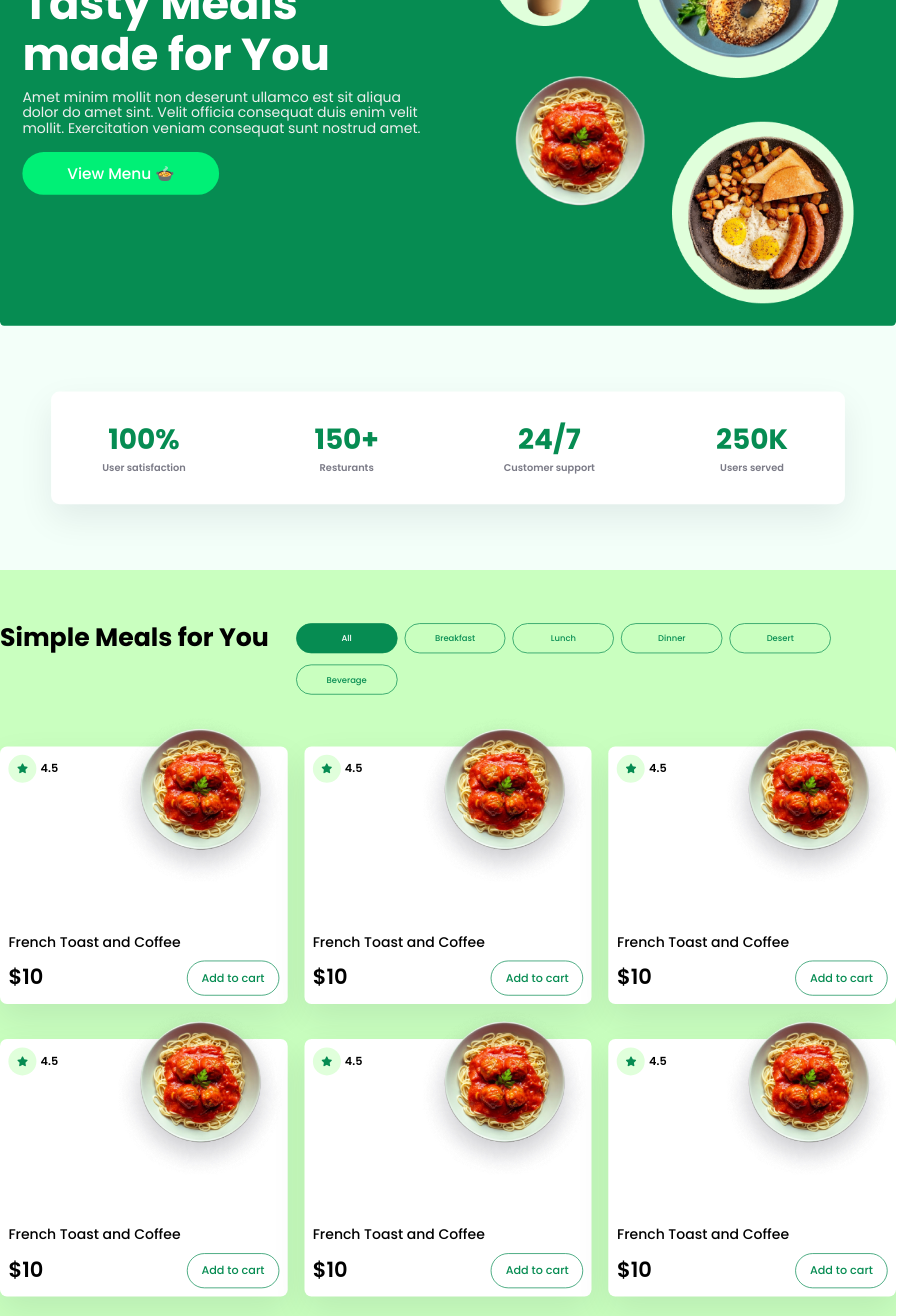
Repository: nguyennam1029/balbal
Page: index.html
The author's editor kept a copy of each file at every save. The page is drawn from the files as they stood at one save, then again after the next save.
The browser window is 1280 px wide. The page is 1292 px wide, so the pictures cover 1292 px, including what lies to the right of the window. The pictures show the part of the page from y = 336 to 2216 px (the page is 4194 px tall), at 70% of full size.
Some web libraries are served in a nearby version.

Above is the page before, as saved 2022-07-07 23:35:18.

### index.html
<!DOCTYPE html>
<html lang="en">
  <head>
    <meta charset="UTF-8" />
    <meta http-equiv="X-UA-Compatible" content="IE=edge" />
    <meta name="viewport" content="width=device-width, initial-scale=1.0" />
    <title>Chow</title>
    <link
      rel="stylesheet"
      href="https://cdnjs.cloudflare.com/ajax/libs/font-awesome/6.1.1/css/all.min.css"
      integrity="sha512-KfkfwYDsLkIlwQp6LFnl8zNdLGxu9YAA1QvwINks4PhcElQSvqcyVLLD9aMhXd13uQjoXtEKNosOWaZqXgel0g=="
      crossorigin="anonymous"
      referrerpolicy="no-referrer"
    />
    <link rel="stylesheet" href="css/grid.css" />
    <link rel="stylesheet" href="css/style.css" />
  </head>
  <body>
    <div class="app">
      <div class="grid wide">
        <div class="menu">
          <a href="#" class="menu-left">Chow</a>
          <span class="menu-icon--mobile">
            <i class="fa-solid fa-bars"></i>
          </span>

          <ul class="menu-center">
            <li class="menu-center-item">
              <a href="#" class="menu-center--link active">Home</a>
            </li>
            <li class="menu-center-item">
              <a href="#" class="menu-center--link">Menu</a>
            </li>
            <li class="menu-center-item">
              <a href="#" class="menu-center--link">About</a>
            </li>
            <li class="menu-center-item">
              <a href="#" class="menu-center--link">Resturants</a>
            </li>
            <li class="menu-center-item">
              <a href="#" class="menu-center--link">Contact</a>
            </li>
          </ul>
          <ul class="menu-right">

            <li class="menu-right-item">
              <a href="#" class="menu-right--link">
                <i class="fa-solid fa-circle-user"></i>
              </a>
            </li>
            <li class="menu-right-item">
              <a href="#" class="menu-right--link active">
                <i class="fa-solid fa-bag-shopping"></i>
                <span class="menu-right--circle"></span>
              </a>
            </li>
          </ul>
        </div>
        <div class="banner">
          <div class="row">
            <div class="col l-6 m-12 c-12">
              <div class="banner-info">
                <h1 class="banner-title">Tasty Meals made for You</h1>
                <span class="banner-des"
                  >Amet minim mollit non deserunt ullamco est sit aliqua dolor
                  do amet sint. Velit officia consequat duis enim velit mollit.
                  Exercitation veniam consequat sunt nostrud amet.</span
                >
                <a href="#" class="banner-btn"> View Menu 🍲 </a>
              </div>
            </div>
            <div class="col l-6 m-12 c-12">
              <div class="banner-img">
                <img src="images/banner1.png" alt="" />
              </div>
            </div>
          </div>
        </div>
        <div class="statistical">
          <div class="row">
            <div class="col l-3 m-6 c-12">
              <div class="statistical-item">
                <h3 class="statistical-item--title">100%</h3>
                <span class="statistical-item--des">User satisfaction</span>
              </div>
            </div>
            <div class="col l-3 m-6 c-12">
              <div class="statistical-item">
                <h3 class="statistical-item--title">150+</h3>
                <span class="statistical-item--des">Resturants</span>
              </div>
            </div>
            <div class="col l-3 m-6 c-12">
              <div class="statistical-item">
                <h3 class="statistical-item--title">24/7</h3>
                <span class="statistical-item--des">Customer support</span>
              </div>
            </div>
            <div class="col l-3 m-6 c-12">
              <div class="statistical-item">
                <h3 class="statistical-item--title">250K</h3>
                <span class="statistical-item--des">Users served</span>
              </div>
            </div>
          </div>
        </div>
      </div>
      <div class="product">
        <div class="grid wide">
          <div class="product-top">
            <div class="row">
              <div class="col l-4 m-12 c-12">
                <h3 class="product-heading">Simple Meals for You</h3>
              </div>
              <!-- <div class="col l-8 m-12 c-12"> -->
              <ul class="tab-list col l-8 m-12 c-12">
                <div class="row">
                  <li class="tab-item active l-2 m-3 c-4">All</li>
                <li class="tab-item l-2 m-3 c-4">Breakfast</li>
                <li class="tab-item l-2 m-3 c-4">Lunch</li>
                <li class="tab-item l-2 m-3 c-4">Dinner</li>
                <li class="tab-item l-2 m-3 c-4">Desert</li>
                <li class="tab-item l-2 m-3 c-4">Beverage</li>
                </div>
              </ul>
              <!-- </div> -->
            </div>
          </div>
          <div class="product-list">
            <div class="row">
              <div class="col l-4 m-6 c-12">
                <div class="product-item">
                  <img
                    class="product-item--img"
                    src="images/product1.png"
                    alt=""
                  />
                  <div class="product-item--rating">
                    <i class="fa-solid fa-star"></i>
                    <span>4.5</span>
                  </div>
                  <div class="product-item--content">
                    <h4 class="product-item--name">French Toast and Coffee</h4>
                    <div class="product-item--footer">
                      <span class="product-item--price">$10</span>
                      <a href="#" class="product-item--btn">Add to cart</a>
                    </div>
                  </div>
                </div>
              </div>

              <div class="col l-4 m-6 c-12">
                <div class="product-item">
                  <img
                    class="product-item--img"
                    src="images/product1.png"
                    alt=""
                  />
                  <div class="product-item--rating">
                    <i class="fa-solid fa-star"></i>
                    <span>4.5</span>
                  </div>
                  <div class="product-item--content">
                    <h4 class="product-item--name">French Toast and Coffee</h4>
                    <div class="product-item--footer">
                      <span class="product-item--price">$10</span>
                      <a href="#" class="product-item--btn">Add to cart</a>
                    </div>
                  </div>
                </div>
              </div>

              <div class="col l-4 m-6 c-12">
                <div class="product-item">
                  <img
                    class="product-item--img"
                    src="images/product1.png"
                    alt=""
                  />
                  <div class="product-item--rating">
                    <i class="fa-solid fa-star"></i>
                    <span>4.5</span>
                  </div>
                  <div class="product-item--content">
                    <h4 class="product-item--name">French Toast and Coffee</h4>
                    <div class="product-item--footer">
                      <span class="product-item--price">$10</span>
                      <a href="#" class="product-item--btn">Add to cart</a>
                    </div>
                  </div>
                </div>
              </div>

              <div class="col l-4 m-6 c-12">
                <div class="product-item">
                  <img
                    class="product-item--img"
                    src="images/product1.png"
                    alt=""
                  />
                  <div class="product-item--rating">
                    <i class="fa-solid fa-star"></i>
                    <span>4.5</span>
                  </div>
                  <div class="product-item--content">
                    <h4 class="product-item--name">French Toast and Coffee</h4>
                    <div class="product-item--footer">
                      <span class="product-item--price">$10</span>
                      <a href="#" class="product-item--btn">Add to cart</a>
                    </div>
                  </div>
                </div>
              </div>

              <div class="col l-4 m-6 c-12">
                <div class="product-item">
                  <img
                    class="product-item--img"
                    src="images/product1.png"
                    alt=""
                  />
                  <div class="product-item--rating">
                    <i class="fa-solid fa-star"></i>
                    <span>4.5</span>
                  </div>
                  <div class="product-item--content">
                    <h4 class="product-item--name">French Toast and Coffee</h4>
                    <div class="product-item--footer">
                      <span class="product-item--price">$10</span>
                      <a href="#" class="product-item--btn">Add to cart</a>
                    </div>
                  </div>
                </div>
              </div>

              <div class="col l-4 m-6 c-12">
                <div class="product-item">
                  <img
                    class="product-item--img"
                    src="images/product1.png"
                    alt=""
                  />
                  <div class="product-item--rating">
                    <i class="fa-solid fa-star"></i>
                    <span>4.5</span>
                  </div>
                  <div class="product-item--content">
                    <h4 class="product-item--name">French Toast and Coffee</h4>
                    <div class="product-item--footer">
                      <span class="product-item--price">$10</span>
                      <a href="#" class="product-item--btn">Add to cart</a>
                    </div>
                  </div>
                </div>
              </div>
            </div>
            <div class="row">
              <div class="col c-12 product-menu">
                <a href="#" class="product-menu--btn">Explore Menu</a>
              </div>
            </div>
          </div>
        </div>
      </div>

      <!-- ĐÁNH GIÁ CMT  -->
      <div class="comment">
        <div class="grid wide">
          <div class="comment-top">
            <div class="row">
              <div class="col l-5">
                <h3 class="product-heading">What our customers are saying</h3>
              </div>
              <div class="col l-2 l-o-5 m-12 c-12">
                <div class="comment-btn">

                    <i
                      class="comment-top--icon fa-solid fa-arrow-left-long"
                    ></i>


                    <i
                      class="comment-top--icon active fa-solid fa-arrow-right-long"
                    ></i>
                  </div>
                </div>
            </div>
            <div class="comment-content">
              <div class="row">
                <!-- START-ITEM  -->
                  <div class="col l-4 m-6 c-12">
                    <div class="comment-item">
                      <span class="comment-title">
                        Amet minim mollit non deserunt ullamco est sit aliqua dolor do amet sint velit officia consequat duis enim velit mollit exercitation veniam.
                      </span>
                      <div class="comment-info">
                        <div class="info-left">
                          <img src="images/cmt1.png" alt="">
                          <div class="info-left--des">
                            <h4 class="info-left--name">Kristin Watson</h4>
                            <span class="info-left--time">Jun 27, 2020 · 6 min read</span>
                          </div>
                        </div>

                          <ul class="info-right--rating">
                            <li class="info-right--icon"><i class="fa-solid fa-star"></i></li>
                            <li class="info-right--icon"><i class="fa-solid fa-star"></i></li>
                            <li class="info-right--icon"><i class="fa-solid fa-star"></i></li>
                            <li class="info-right--icon"><i class="fa-solid fa-star"></i></li>
                            <li class="info-right--icon">
                              <i class="fa-regular fa-star"></i>
                            </li>
                          </ul>

                      </div>
                    </div>
                  </div>
                <!-- END-ITEM  -->

                <!-- START-ITEM  -->
                  <div class="col l-4 m-6 c-12">
                    <div class="comment-item">
                      <span class="comment-title">
                        Amet minim mollit non deserunt ullamco est sit aliqua dolor do amet sint velit officia consequat duis enim velit mollit exercitation veniam.
                      </span>
                      <div class="comment-info">
                        <div class="info-left">
                          <img src="images/cmt2.png" alt="">
                          <div class="info-left--des">
                            <h4 class="info-left--name">Kristin Watson</h4>
                            <span class="info-left--time">Jun 27, 2020 · 6 min read</span>
                          </div>
                        </div>

                          <ul class="info-right--rating">
                            <li class="info-right--icon"><i class="fa-solid fa-star"></i></li>
                            <li class="info-right--icon"><i class="fa-solid fa-star"></i></li>
                            <li class="info-right--icon"><i class="fa-solid fa-star"></i></li>
                            <li class="info-right--icon"><i class="fa-solid fa-star"></i></li>
                            <li class="info-right--icon">
                              <i class="fa-regular fa-star"></i>
                            </li>
                          </ul>

                      </div>
                    </div>
                  </div>
                <!-- END-ITEM  -->

                <!-- START-ITEM  -->
                  <div class="col l-4 m-6 c-12">
                    <div class="comment-item">
                      <span class="comment-title">
                        Amet minim mollit non deserunt ullamco est sit aliqua dolor do amet sint velit officia consequat duis enim velit mollit exercitation veniam.
                      </span>
                      <div class="comment-info">
                        <div class="info-left">
                          <img src="images/cmt3.png" alt="">
                          <div class="info-left--des">
                            <h4 class="info-left--name">Kristin Watson</h4>
                            <span class="info-left--time">Jun 27, 2020 · 6 min read</span>
                          </div>
                        </div>

                          <ul class="info-right--rating">
                            <li class="info-right--icon"><i class="fa-solid fa-star"></i></li>
                            <li class="info-right--icon"><i class="fa-solid fa-star"></i></li>
                            <li class="info-right--icon"><i class="fa-solid fa-star"></i></li>
                            <li class="info-right--icon"><i class="fa-solid fa-star"></i></li>
                            <li class="info-right--icon">
                              <i class="fa-regular fa-star"></i>
                            </li>
                          </ul>

                      </div>
                    </div>
                  </div>
                <!-- END-ITEM  -->
              </div>
            </div>
            </div>
          </div>
        </div>
      </div>
      <!-- END ĐÁNH GIÁ CMT  -->

      <!-- TRANSPORT VẬN CHUYỂN  -->
      <div class="transport">
        <div class="grid wide">
          <div class="row transport-list">
            <div class="col l-5">
              <div class="transport-item">
                <h3 class="transport-item--title">Meals on the Go!!!</h3>
                <span class="transport-item--des">Download the app to to enjoy discounts, promotions and offers.
Amet minim mollit non deserunt ullamco est sit aliqua dolor do amet sint velit officia consequat duis enim velit mollit exercitation veniam.</span>
                <div class="getApp">
                  <span class="getApp-title">Get the app</span>
                  <div class="getApp-img">
                    <a href="#" class="getApp-img--link">
                      <img src="images/Google Play Badge.png" alt="">
                    </a>
                    <a href="#" class="getApp-img--link">
                      <img src="images/App Store Badge.png" alt="">
                    </a>
                  </div>
                </div>
            </div>
            </div>
            <div class="col l-4 l-o-3">
              <div class="transport-item">
                <img src="images/transport.png" alt="">
              </div>

            </div>
          </div>
        </div>
      </div>
      <!-- END TRANSPORT VẬN CHUYỂN  -->
      <footer>
        <div class="grid footer">
          <div class="row">
            <div class="col l-2 m-4 c-0">
              <div class="footer-content">
                <h5 class="footer-title">Solutions</h5>
                <ul class="footer-list">
                  <li class="footer-item">
                    <a href="#" class="footer-link">Marketing</a>
                  </li>
                  <li class="footer-item">
                    <a href="#" class="footer-link">Analytics</a>
                  </li>
                  <li class="footer-item">
                    <a href="#" class="footer-link">Commerce</a>
                  </li>
                  <li class="footer-item">
                    <a href="#" class="footer-link">Insights</a>
                  </li>
                </ul>
              </div>
            </div>
            <div class="col l-2 m-4 c-0">
             <div class="footer-content">
                <h5 class="footer-title">Solutions</h5>
                <ul class="footer-list">
                  <li class="footer-item">
                    <a href="#" class="footer-link">Marketing</a>
                  </li>
                  <li class="footer-item">
                    <a href="#" class="footer-link">Analytics</a>
                  </li>
                  <li class="footer-item">
                    <a href="#" class="footer-link">Commerce</a>
                  </li>
                  <li class="footer-item">
                    <a href="#" class="footer-link">Insights</a>
                  </li>
                </ul>
              </div>
            </div>
            <div class="col l-2 m-4 c-0">
             <div class="footer-content">
                <h5 class="footer-title">Solutions</h5>
                <ul class="footer-list">
                  <li class="footer-item">
                    <a href="#" class="footer-link">Marketing</a>
                  </li>
                  <li class="footer-item">
                    <a href="#" class="footer-link">Analytics</a>
                  </li>
                  <li class="footer-item">
                    <a href="#" class="footer-link">Commerce</a>
                  </li>
                  <li class="footer-item">
                    <a href="#" class="footer-link">Insights</a>
                  </li>
                </ul>
              </div>
            </div>
            <div class="col l-2 m-4 c-12 m-left c-center">
             <div class="footer-content">
                <h5 class="footer-title">Solutions</h5>
                <ul class="footer-list">
                  <li class="footer-item">
                    <a href="#" class="footer-link">Marketing</a>
                  </li>
                  <li class="footer-item">
                    <a href="#" class="footer-link">Analytics</a>
                  </li>
                  <li class="footer-item">
                    <a href="#" class="footer-link">Commerce</a>
                  </li>
                  <li class="footer-item">
                    <a href="#" class="footer-link">Insights</a>
                  </li>
                </ul>
              </div>
            </div>
            <div class="col l-4 m-5 c-12 m-left c-center">
             <div class="footer-content">
                <h5 class="footer-title">Subscribe to our newsletter</h5>
                <span class="footer-des">The latest news, articles, and resources, sent to your inbox weekly</span>
                <div class="footer-contact">
                  <input type="text" placeholder="Enter your email">
                  <a href="#" class="footer-btn">Subscribe</a>
                </div>
              </div>
            </div>
          </div>
          <span class="hr"></span>
          <div class="row footer-copy">
            <div class="col l-4 m-5 c-12 c-center">
              <span class="footer-copyright">© 2020 Dlex, Inc. All rights reserved</span>
            </div>
            <div class="col l-3 l-o-5 m-3 m-o-4 c-12 c-center">
              <ul class="footer-list--icon">
                <li>
                  <a href="#"><i class="fa-brands fa-facebook"></i></a>
                </li>
                <li>
                  <a href="#"><i class="fa-brands fa-twitter"></i></a>
                </li>
                <li>
                  <a href="#"><i class="fa-brands fa-instagram"></i></a>
                </li>
                <li>
                  <a href="#"><i class="fa-brands fa-github"></i></a>
                </li>
              </ul>
            </div>
          </div>
        </div>
      </footer>
    </div>
  </body>
</html>

Loaded but not shown: css/style.css (894 lines, source omitted); css/grid.css (609 lines, source omitted)

After the next save:
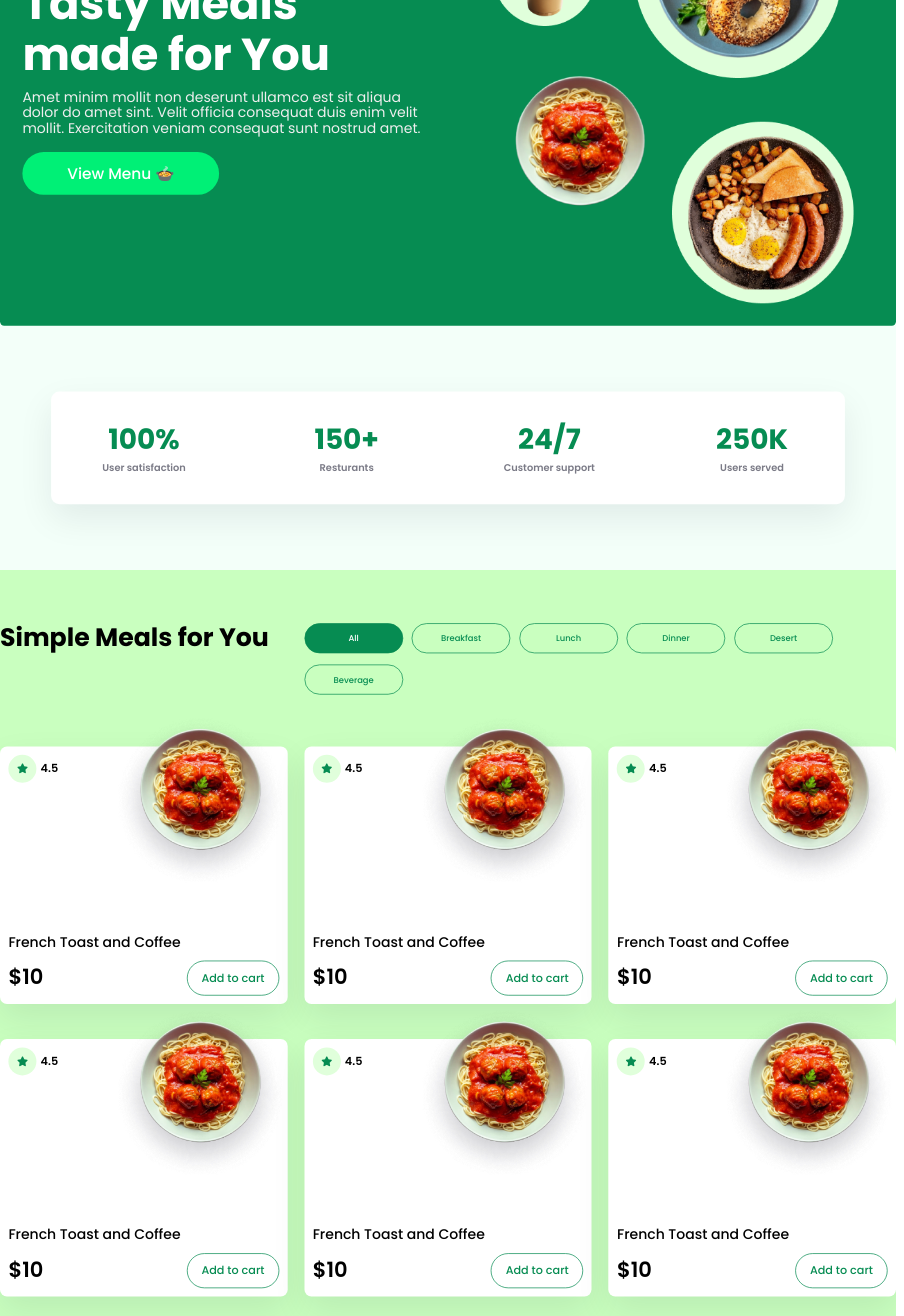
Saved 48 s later.
--- a/index.html
+++ b/index.html
@@ -114,14 +114,12 @@
               </div>
               <!-- <div class="col l-8 m-12 c-12"> -->
               <ul class="tab-list col l-8 m-12 c-12">
-                <div class="row">
-                  <li class="tab-item active l-2 m-3 c-4">All</li>
-                <li class="tab-item l-2 m-3 c-4">Breakfast</li>
-                <li class="tab-item l-2 m-3 c-4">Lunch</li>
-                <li class="tab-item l-2 m-3 c-4">Dinner</li>
-                <li class="tab-item l-2 m-3 c-4">Desert</li>
-                <li class="tab-item l-2 m-3 c-4">Beverage</li>
-                </div>
+                <li class="tab-item active col l-2 m-3 c-4">All</li>
+                <li class="tab-item col l-2 m-3 c-4">Breakfast</li>
+                <li class="tab-item col l-2 m-3 c-4">Lunch</li>
+                <li class="tab-item col l-2 m-3 c-4">Dinner</li>
+                <li class="tab-item col l-2 m-3 c-4">Desert</li>
+                <li class="tab-item col l-2 m-3 c-4">Beverage</li>
               </ul>
               <!-- </div> -->
             </div>
